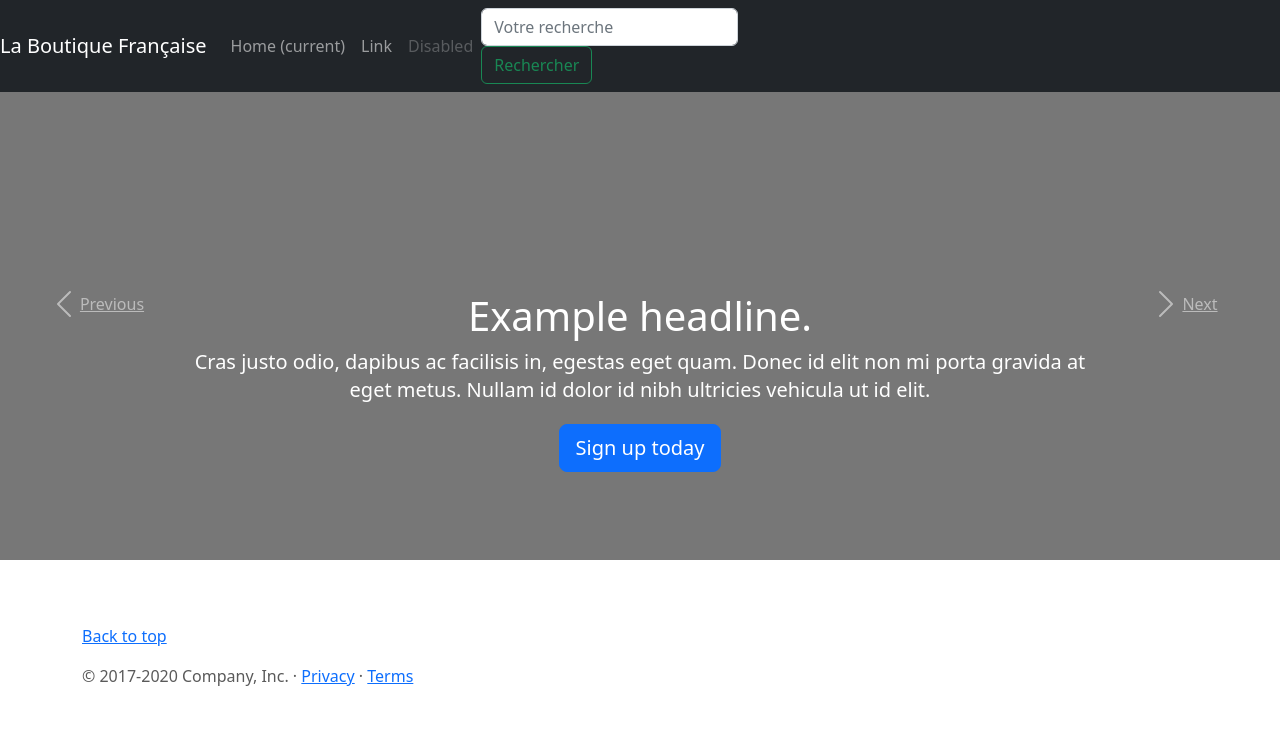
Repository: Coulibaly00180/laboutiquefrancaise
Page: templates/register/index.html.twig
These files come from the project's save history. The page is drawn as it stood at one moment and after the next save; the edit follows.
The browser window is 1280 px wide. The pictures show the whole page.
The page is a Twig template of a Symfony application; nobody is signed in and links lead nowhere. The template is opened directly, without the code that normally fills it, so the values that code supplies are empty.

Above is the page before, as saved 2023-02-27 15:49:44.

After the next save:
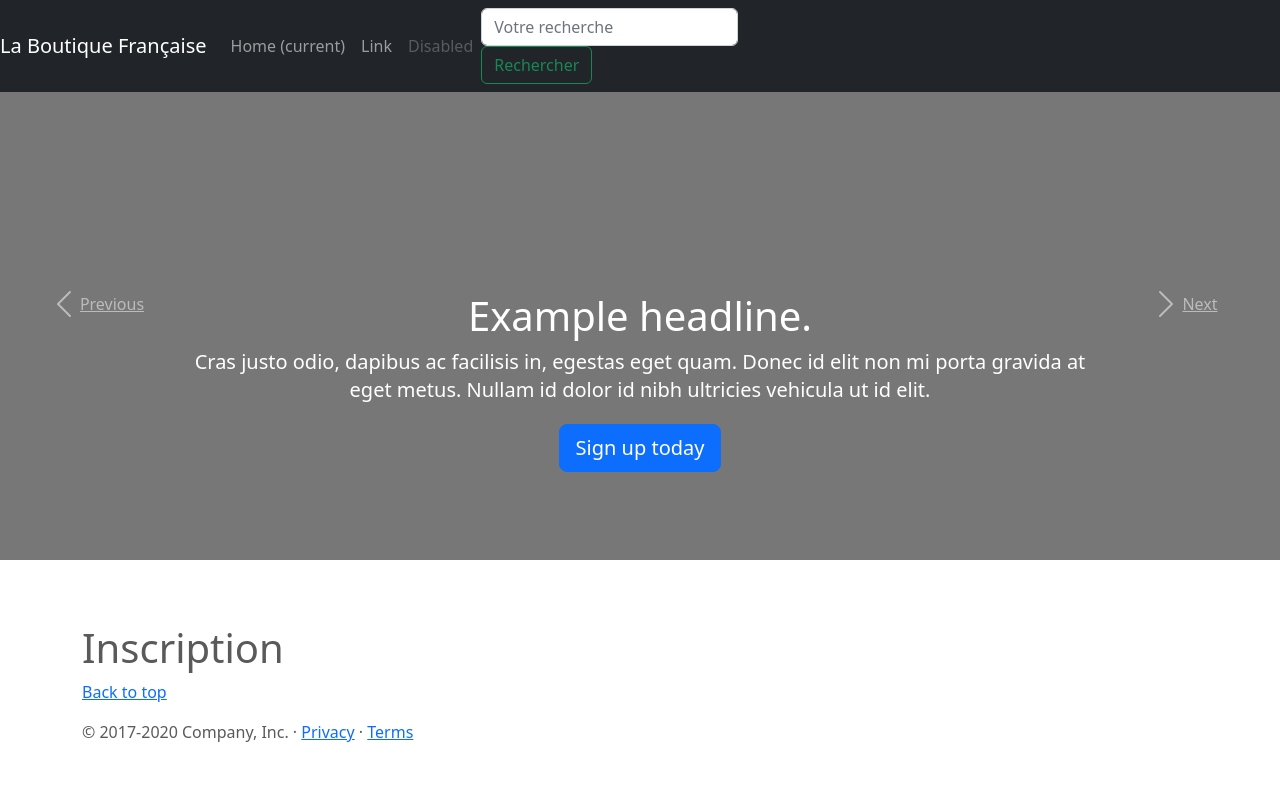
Saved 25 s later.
--- a/templates/register/index.html.twig
+++ b/templates/register/index.html.twig
@@ -1,5 +1,5 @@
 {% extends 'base.html.twig' %}
 
 {% block content %}
-
+    <h1>Inscription</h1>
 {% endblock %}
